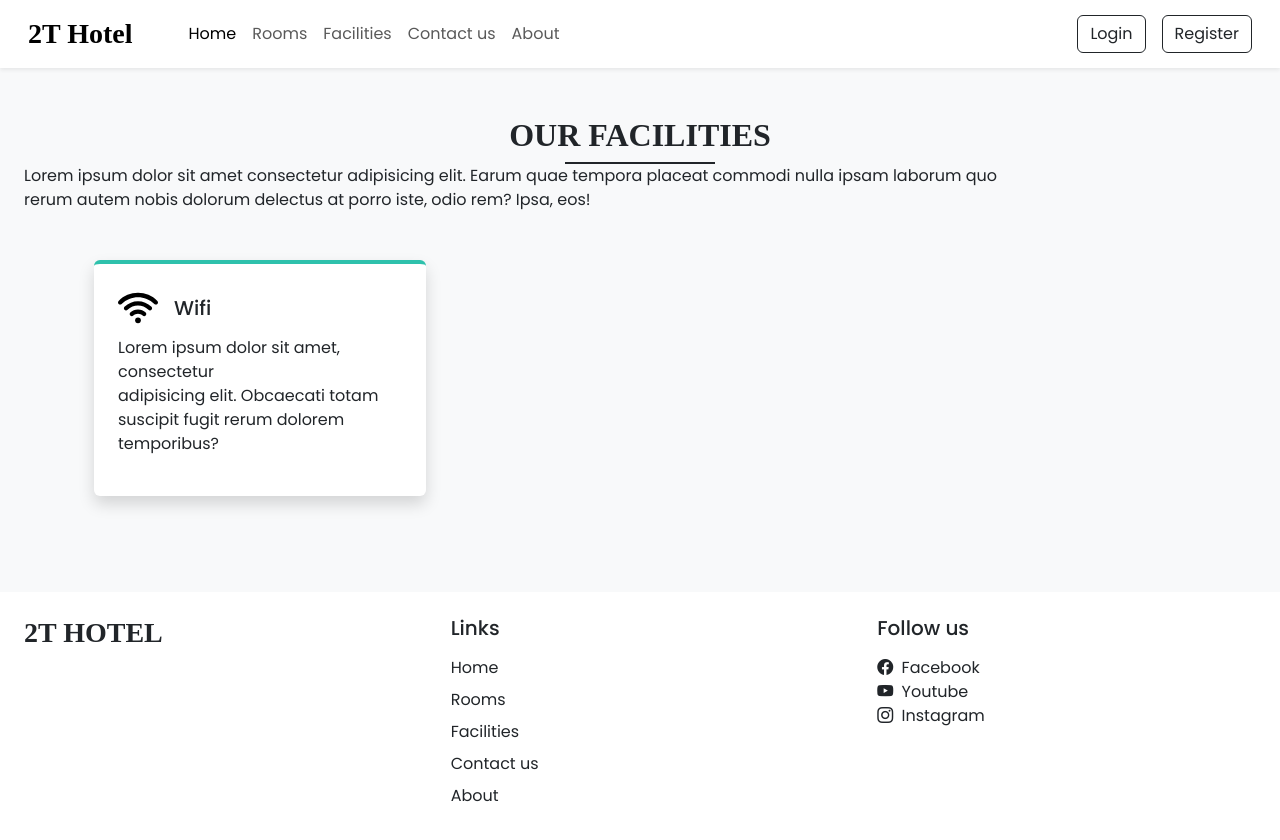
Repository: ntruong0906/desktop-tutorial
Page: http://localhost/facilities.php
The author's editor kept a copy of each file at every save. The page is drawn from the files as they stood at one save, then again after the next save.
The browser window is 1280 px wide. The pictures show the whole page.
The pointer rests on the first visible `.pop`.
Some web fonts or font styles are not loaded; a fallback is used. The page is run by PHP 8.4 with error messages shown; the project is at /var/www/html/.

Above is the page before, as saved 2024-03-17 16:37:46.

After the next save:
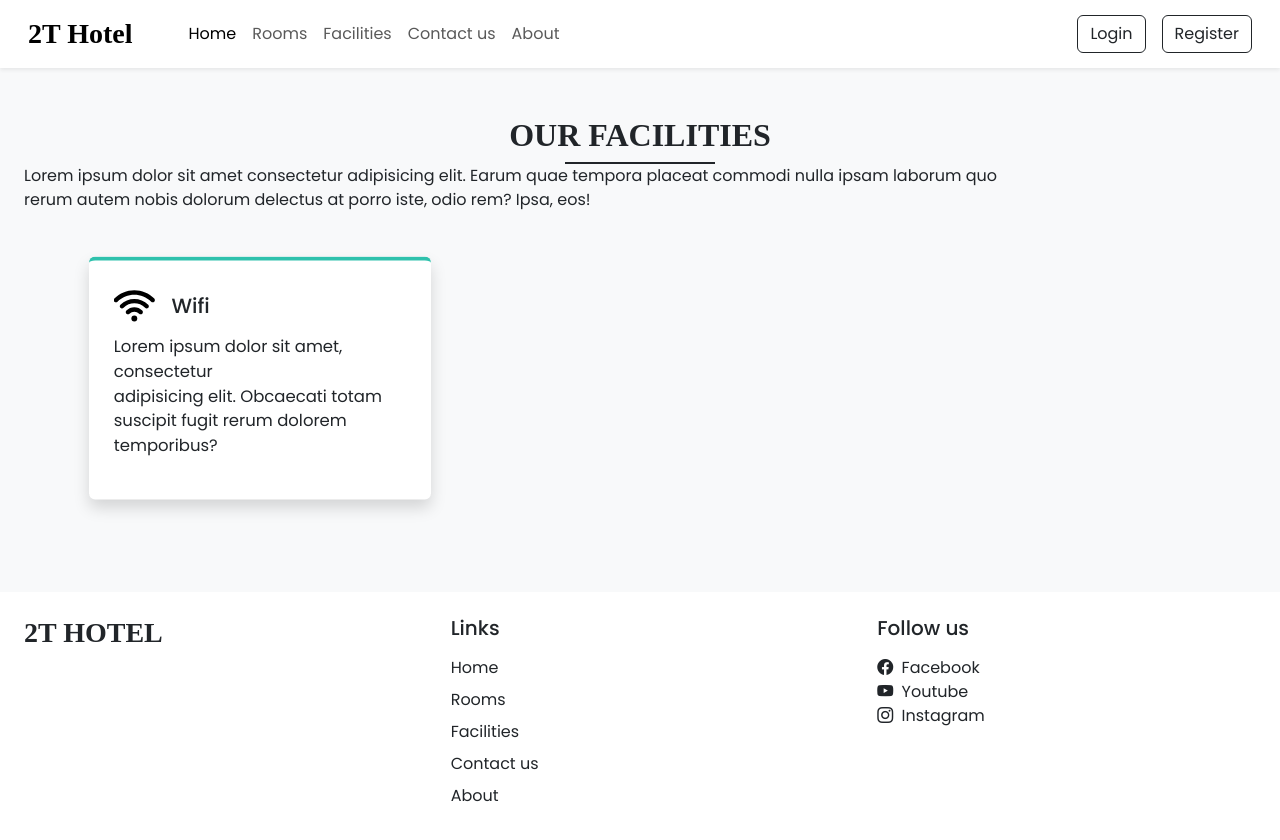
Saved 80 s later.
--- a/WebsiteBookingHotel/facilities.php
+++ b/WebsiteBookingHotel/facilities.php
@@ -10,6 +10,8 @@
     <style>
     .pop:hover {
         border-top-color: var(--teal) !important;
+        transform: scale(1.03);
+        transition: all 0.3s;
     }
     </style>
     <link rel="stylesheet" href="https://cdn.jsdelivr.net/npm/swiper@11/swiper-bundle.min.css" />
